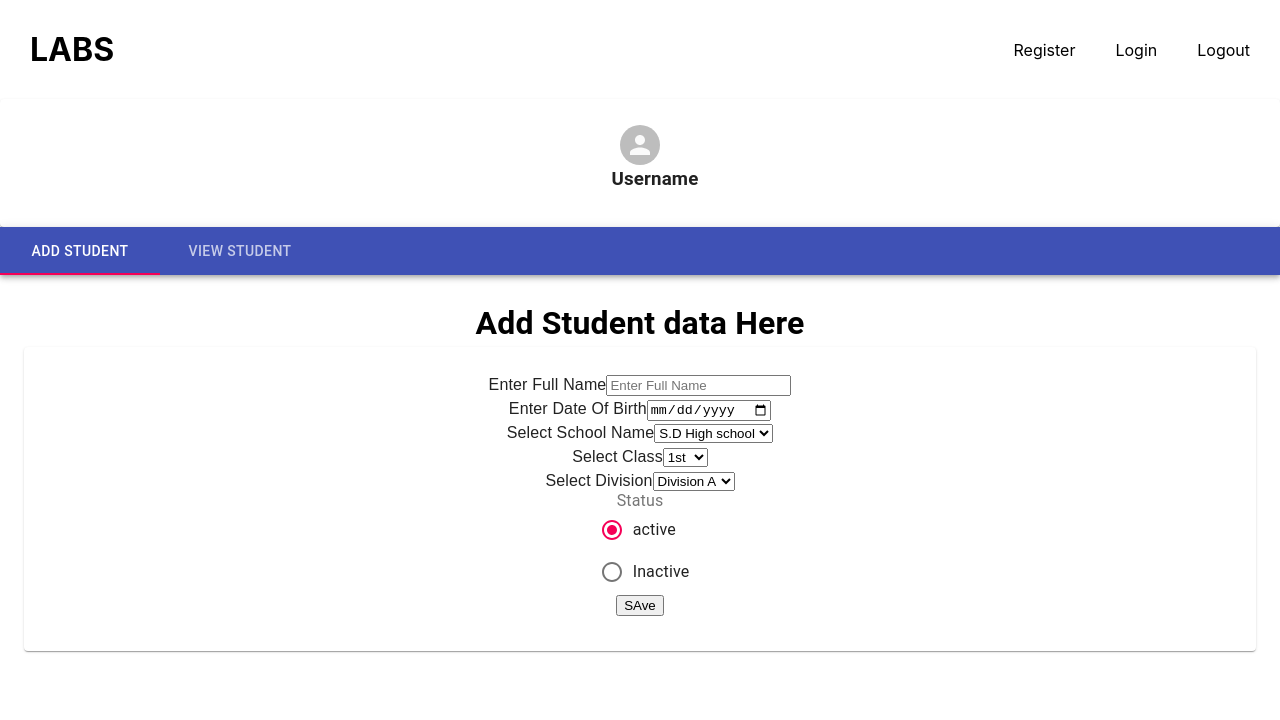
Repository: Prafullkuma/labsdata
Page: /admin
These files come from the project's save history. The page is drawn as it stood at one moment and after the next save; the edit follows.
The browser window is 1280 px wide. The pictures show the whole page.
The project was rebuilt for these pictures with package versions that can differ from the ones it lists, and the page was loaded fresh each time. Also part of the build but not shown: src/Component/Student/ViewStudent.js, src/Component/Main.js, src/Auth/Login.js, src/Auth/Signup.js, src/Auth/Logout.js.

Above is the page before, as saved 2020-08-25 18:44:31.

### src/App.js
import React from 'react';
import './App.css';
import Nav from './Component/Nav'
import Admin from './Component/Admin'
import Main from './Component/Main'
import Login from './Auth/Login'
import Signup from './Auth/Signup'
import Logout from './Auth/Logout'
import { BrowserRouter as Router, Route } from 'react-router-dom'
function App() {
  return (
    <div className="App">
      <Router>
        <Nav />
        <Route path="/logout" component={Logout} />
        <Route path="/signup" component={Signup} />
        <Route path="/login" component={Login} />
        <Route path="/admin" component={Admin} />
        <Route exact path="/" component={Main} />
      </Router>
    </div>
  );
}

export default App;

### src/Component/Nav.js
import React from 'react'
import './Nav.css'
import { Link } from 'react-router-dom'
function Nav() {
    return (
        <div className="Navbar">
            <h1> <Link to="/"> LABS</Link></h1>
            <ul>
                <li><Link to="/signup"> Register</Link></li>
                <li><Link to="/login">Login</Link></li>
                <li><Link to="/logout">Logout</Link>
                </li>
            </ul>
        </div>
    )
}

export default Nav

### src/Component/Admin.js
import React from 'react'
import { Avatar, Card, CardContent, Typography } from '@material-ui/core'
import './Admin.css'
import Details from './Details/Details'
function Admin() {
    return (
        <div>
            <Card className="all_data">
                <CardContent>
                    <Typography className="userdata">

                        <Avatar />
                        <h3>Username</h3>
                    </Typography>
                </CardContent>
            </Card>
            <Details />
        </div>
    )
}

export default Admin

### src/Component/Nav.css
.Navbar{
    padding: 30px;
    display: flex;
    justify-content: space-between;
    align-items: center;

}
a{
    text-decoration: none;
    color:black;
    }
ul,li{
    list-style: none;
    float: left;
    margin-left: 40px;
}

### src/Component/Admin.css
.userdata{
    display: flex;
    justify-content: right;
    align-items: center;
}
h3{
    margin-left: 30px;
}

### src/Component/Details/Details.js
import React from 'react'
import './details.css'
import { AppBar, Tabs, Tab, Typography } from '@material-ui/core'
import { makeStyles } from '@material-ui/core/styles';
import PropTypes from 'prop-types';
import Box from '@material-ui/core/Box';
import Addstudent from '../Student/Addstudent';
import ViewStudent from '../Student/ViewStudent';

const useStyles = makeStyles((theme) => ({
    root: {
        flexGrow: 1,
        backgroundColor: theme.palette.background.paper,
    },
}));

function a11yProps(index) {
    return {
        id: `simple-tab-${index}`,
        'aria-controls': `simple-tabpanel-${index}`,
    };
}
TabPanel.propTypes = {
    children: PropTypes.node,
    index: PropTypes.any.isRequired,
    value: PropTypes.any.isRequired,
};
function TabPanel(props) {
    const { children, value, index, ...other } = props;

    return (
        <div
            role="tabpanel"
            hidden={value !== index}
            id={`simple-tabpanel-${index}`}
            aria-labelledby={`simple-tab-${index}`}
            {...other} >
            {value === index && (
                <Box p={3}>
                    <Typography>{children}</Typography>
                </Box>
            )}
        </div>
    );
}

function Details() {
    const classes = useStyles();
    const [value, setValue] = React.useState(0);

    const handleChange = (event, newValue) => {
        setValue(newValue);
    };
    return (
        <div className="items">
            <div className="items_data">
                <AppBar position="static">
                    <Tabs value={value} onChange={handleChange} aria-label="simple tabs example">
                        <Tab label="Add Student" {...a11yProps(0)} />
                        <Tab label="View Student" {...a11yProps(1)} />
                    </Tabs>
                </AppBar>
            </div>
            <TabPanel value={value} index={0}>
                <h1>  Add Student data Here</h1>
                <Addstudent />
            </TabPanel>
            <TabPanel value={value} index={1}>
                <h1>  View Student Data</h1>
                <ViewStudent />
            </TabPanel>
        </div>
    )
}


export default Details

### src/Component/Details/details.css
.items{
    text-align: center;

}
.items_data{
    text-align: center;
}

### src/Component/Student/Addstudent.js
import React, { useState } from 'react'
import './addstudent.css'
import { Card, CardContent, Typography } from '@material-ui/core'
import Radio from '@material-ui/core/Radio';
import RadioGroup from '@material-ui/core/RadioGroup';
import FormControlLabel from '@material-ui/core/FormControlLabel';
import FormControl from '@material-ui/core/FormControl';
import FormLabel from '@material-ui/core/FormLabel';
import { db } from '../../firebase'
function Addstudent() {
    const [name, setName] = useState('')
    const [date, setDate] = useState('')
    const [Sname, setSname] = useState('')
    const [classs, setClasss] = useState('')
    const [division, setDivision] = useState('')
    const [value, setValue] = useState('active');
    const handleChange = (event) => {
        setValue(event.target.value);
    };
    const saveDataHanlder = (e) => {
        e.preventDefault()
        db.collection('addStudent').add({
            name: name,
            date: date,
            schoolname: Sname,
            class: classs,
            division: division,
            status: value
        })
    }
    return (
        <div>
            <Card className="all_data">
                <CardContent>
                    <Typography className="userdata">
                        <form onSubmit={saveDataHanlder}>
                            <div className="Data_use">
                                <label> Enter Full Name</label>
                                <input type="text"
                                    value={name}
                                    onChange={e => setName(e.target.value)}
                                    placeholder="Enter Full Name" />

                            </div>
                            <div className="Data_use">
                                <label> Enter Date Of Birth</label>
                                <input type="date" value={date}
                                    onChange={e => setDate(e.target.value)}
                                    className="'date enchiladac" />

                            </div>
                            <div className="Data_use">
                                <label>Select School Name</label>
                                <select value={Sname} onChange={e => setSname(e.target.value)}>
                                    <option value="S.D.HighScholl">S.D High school</option>
                                    <option value="VTU Belgaum">VTU Belgaum</option>
                                    <option value="VTU Bangalore">VTU Bangalore</option>
                                    <option value="MAratha Mandal">Maratha Mandal</option>
                                    <option value="RLS Belgaum">RLS Belgaum</option>
                                </select>
                            </div>

                            <div className="Data_use">

                                <label>Select Class</label>
                                <select value={classs} onChange={e => setClasss(e.target.value)}>
                                    <option value="1">1st</option>
                                    <option value="2">2nd </option>
                                    <option value="3">3rd</option>
                                    <option value="4">4th </option>
                                    <option value="5">5th</option>
                                    <option value="6">6th </option>
                                    <option value="7">7th </option>
                                </select>
                            </div>
                            <div className="Data_use">
                                <label>Select Division</label>
                                <select value={division} onChange={e => setDivision(e.target.value)}>
                                    <option value="div A">Division A</option>
                                    <option value="div B">Division B</option>
                                    <option value="div c">Division C</option>
                                    <option value="div d">Division D</option>
                                </select>

                            </div>
                            <div className="Data_use">

                                <FormControl component="fieldset">
                                    <FormLabel component="legend">Status</FormLabel>
                                    <RadioGroup aria-label="gender" name="gender1" value={value} onChange={handleChange}>
                                        <FormControlLabel value="active" control={<Radio />} label="active" />
                                        <FormControlLabel value="inactive" control={<Radio />} label="Inactive" />
                                    </RadioGroup>
                                </FormControl>
                            </div>
                            <button type="submit"> SAve</button>
                        </form>
                    </Typography>
                </CardContent>
            </Card>
        </div >
    )
}

export default Addstudent

### src/Component/Student/addstudent.css
.userdata{
    display: flex;
    justify-content:center;
    align-items: center;
}
h3{
    margin-left: 30px;
}
.userdata{
   display: flex;
   flex-direction: column;
   padding: 10px;
}
.Data_use label{
    font-family: sans-serif;
    margin: 0px;
}

### src/firebase.js
import firebase from 'firebase'

import 'firebase/firestore'
import 'firebase/auth'

var firebaseConfig = {
    apiKey: "AIzaSyDBjwEIOoHjkS1sD05WaYhi0mxlrS6cIds",
    authDomain: "labsdata-13bd9.firebaseapp.com",
    databaseURL: "https://labsdata-13bd9.firebaseio.com",
    projectId: "labsdata-13bd9",
    storageBucket: "labsdata-13bd9.appspot.com",
    messagingSenderId: "673732582527",
    appId: "1:673732582527:web:3f4a8688ae38e1fa14f34a",
    measurementId: "G-1QEVCBTCNL"
};
// Initialize Firebase
const data = firebase.initializeApp(firebaseConfig);
const db = data.firestore()
const auth = data.auth()

export { db, auth, firebase as default }

Loaded but not shown: public/index.html (common file); src/index.js (common file); src/index.css (common file); src/serviceWorker.js (common file); src/App.css (common file); src/Component/Main.css (no stored copy; drawn as an empty file); src/Component/Student/viewstudent.css (no stored copy; drawn as an empty file)

After the next save:
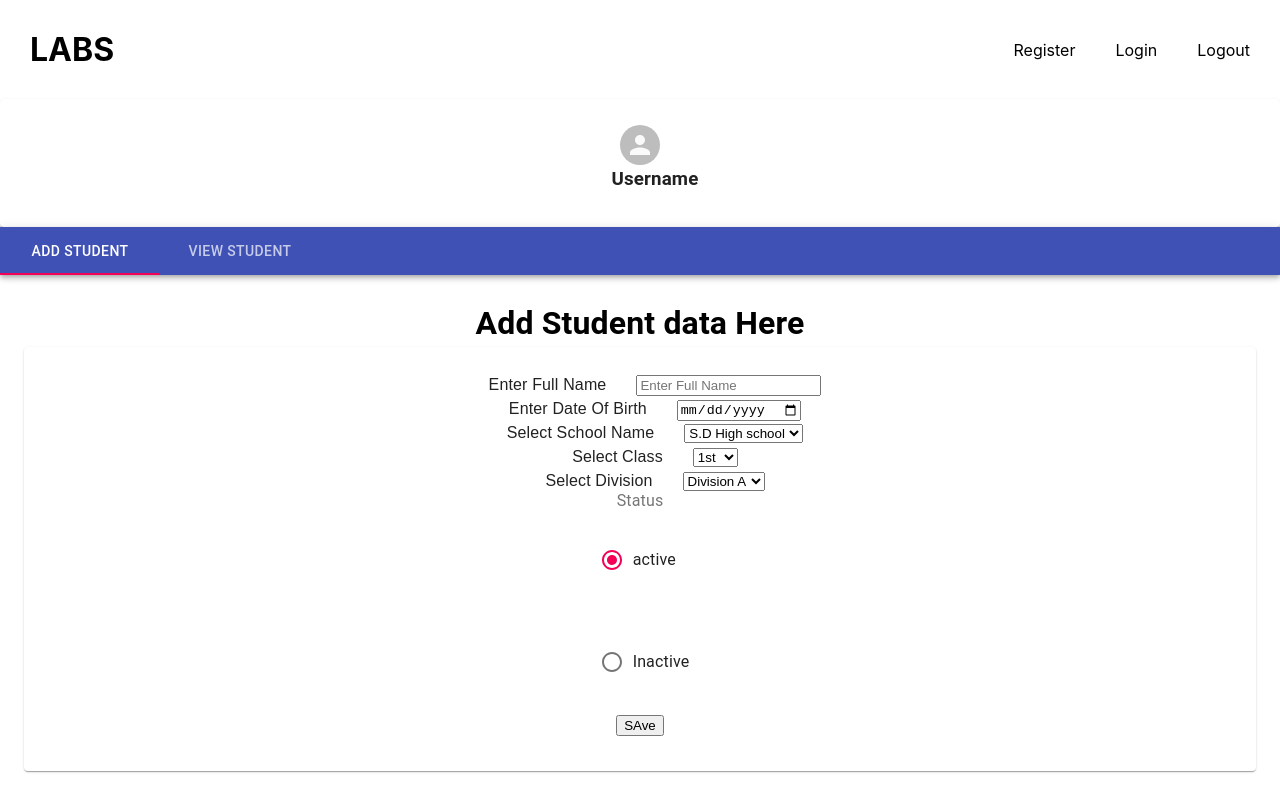
Saved 7 s later.
--- a/src/Component/Student/addstudent.css
+++ b/src/Component/Student/addstudent.css
@@ -13,5 +13,5 @@ h3{
 }
 .Data_use label{
     font-family: sans-serif;
-    margin: 0px;
+    margin: 30px;
 }
